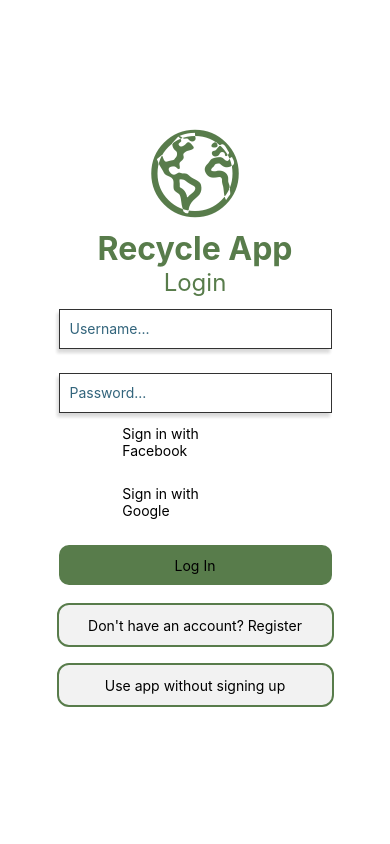
Repository: ct-pham/COMP4511
Screen: / (app in comp4511/)
An editor plug-in stored every save of this project. The screen is shown before and after the next save, followed by the edit.
The app was drawn by React Native's web renderer in a window 390 px wide. The project was rebuilt for these pictures with package versions that can differ from the ones it lists, and the page was loaded fresh each time.

Above is the screen before, as saved 2022-11-07 16:30:31.

After the next save:
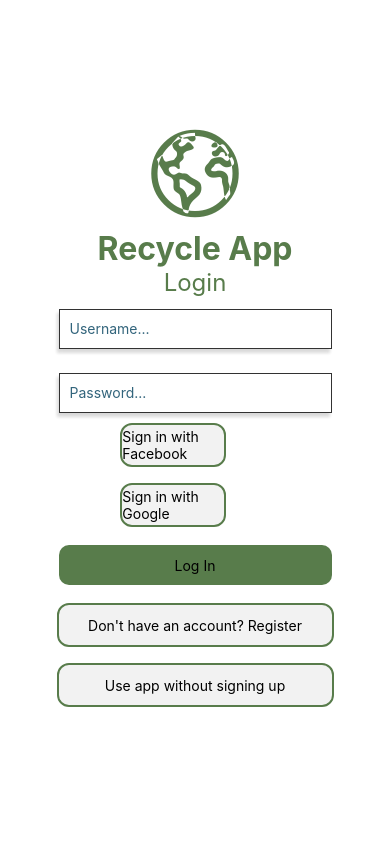
Saved 22 s later.
--- a/comp4511/Components/Login.js
+++ b/comp4511/Components/Login.js
@@ -141,8 +141,15 @@ const styles = StyleSheet.create({
         color: '#587C4B',
     },
     socialBtn: {
+        backgroundColor: '#F2F2F2',
+        borderRadius: 10,
+        outlineColor: '#587C4B',
+        outlineWidth: 2,
+        outlineStyle:  'solid',
+        width: '70%',
         height: 40,
-        width: '70%',
+        alignItems: 'center',
+        justifyContent: 'center',
         marginBottom: 20,
     }
 });
